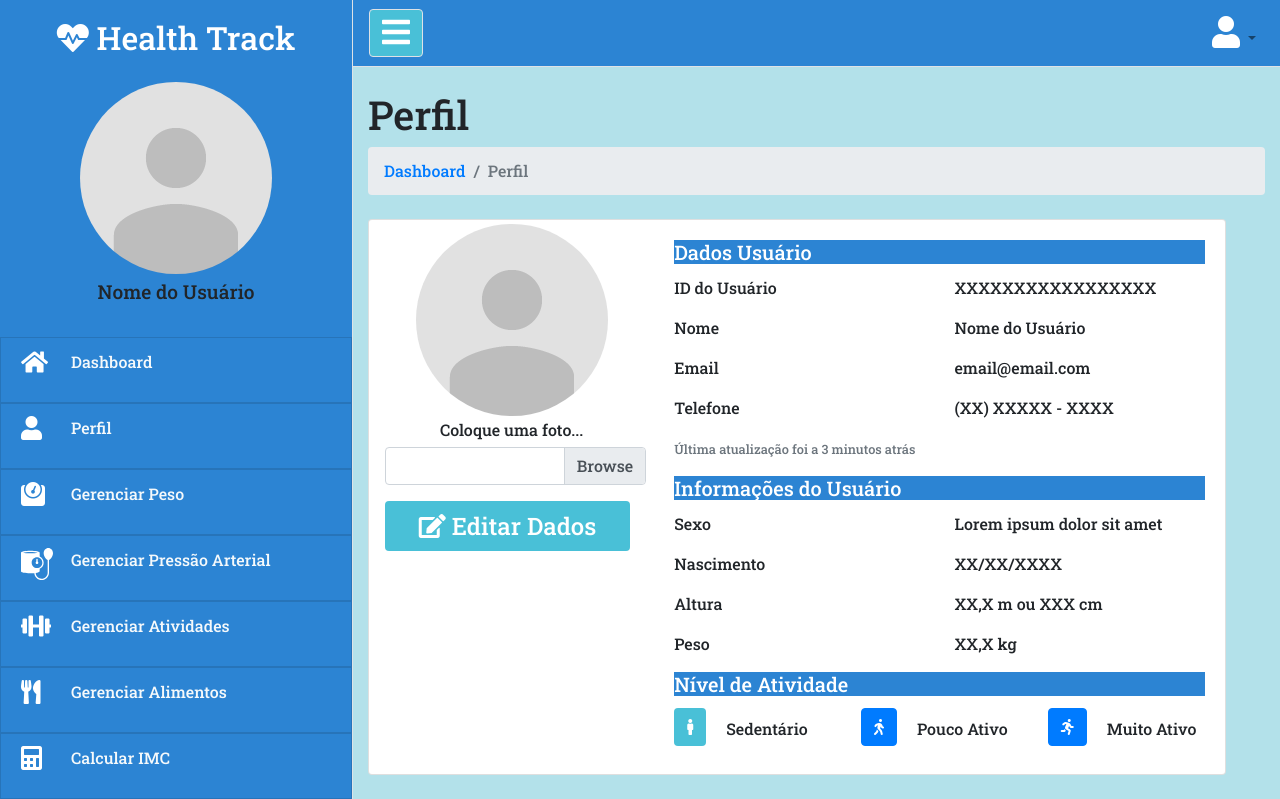
Repository: Kendysan88/projetoHealthTrack
Page: http://localhost/HealthTrack/user.jsp
These files come from the project's save history. The page is drawn as it stood at one moment and after the next save; the edit follows.
The browser window is 1280 px wide. The pictures show the whole page.
Some web libraries are served in a nearby version. The page is served by Tomcat 9.

Above is the page before, as saved 2020-11-02 14:56:21.
Console error: TypeError: Cannot read properties of null (reading 'length')

After the next save:
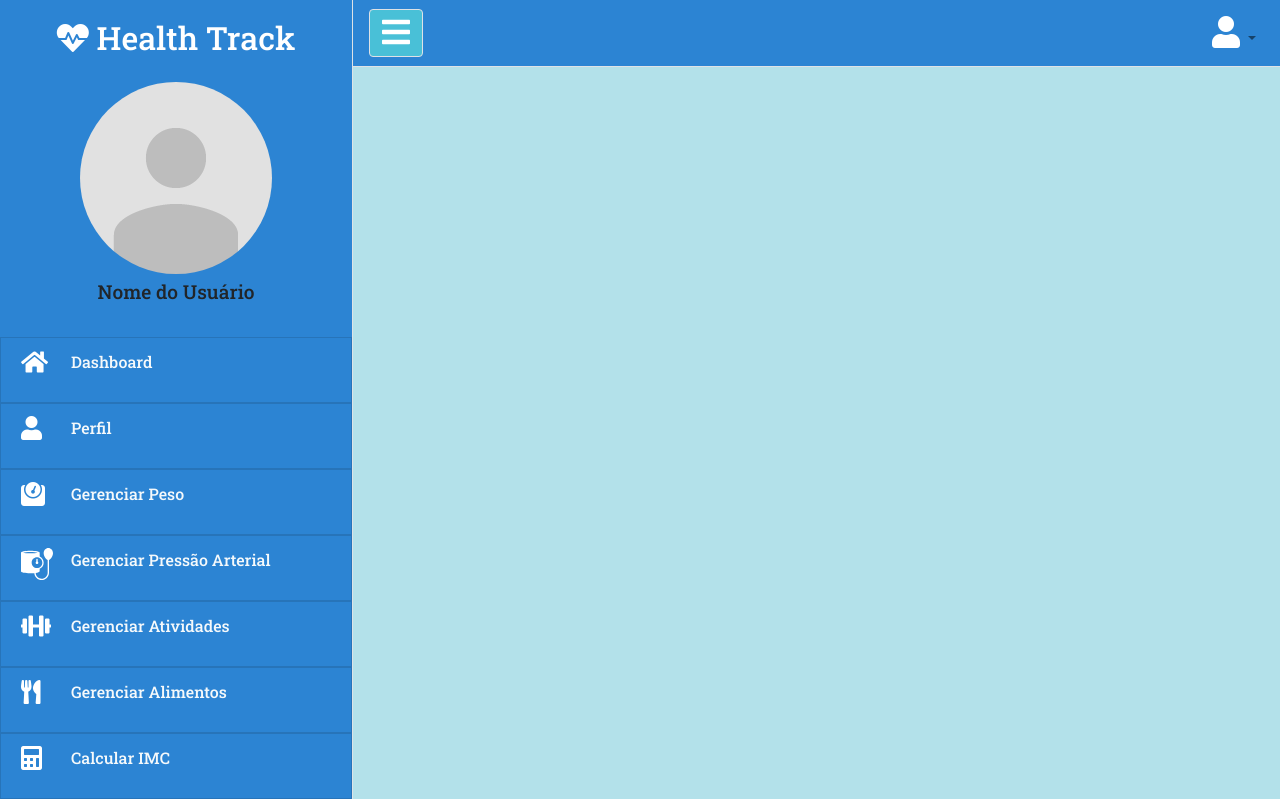
Saved 36 s later.
--- a/Integration/HealthTrack/WebContent/user.jsp
+++ b/Integration/HealthTrack/WebContent/user.jsp
@@ -22,136 +22,7 @@
 			<!-- Fim Menu para Deslogar -->
 
 			<!-- Conteúdo Principal -->
-			<div class="container-fluid">
-				<h1 class="mt-4">Perfil</h1>
-				<ol class="breadcrumb mb-4">
-					<li class="breadcrumb-item"><a href="home.html">Dashboard</a></li>
-					<li class="breadcrumb-item active">Perfil</li>
-				</ol>
-				<div class="container">
-					<div class="row justify-content-left">
-						<div class="card mb-4" style="max-width: 1024px;">
-							<div class="row no-gutters">
-								<div class="col-md-4">
-										<div class="text-center">
-											<img src="img/avatar.png" class="img-fluid p-1 rounded-circle" alt="Foto do Usuário">
-											<h6>Coloque uma foto...</h6>
-											<div class="custom-file ml-3 overlay">
-												<input type="file" class="custom-file-input" id="customFile" name="filename">
-												<label class="custom-file-label mr-4 text-left" for="customFile"></label>
-											</div>
-										</div>
-									<div class="row m-3 text-center">
-										<button type="button"
-											class="btn mr-2 mb-2 btn-block cor-botao icones-menu-lateral"
-											data-toggle="modal" data-target="#modalPerfil">
-											<i class="fas fa-edit"></i> Editar Dados
-										</button>
-									</div>
-								</div>
-								<div class="col-md-8">
-									<div class="card-body">
-										<h5 class="card-title cor-especial cartao-titulo-perfil">Dados
-											Usuário</h5>
-										<div class="row">
-											<div class="col-md-6">
-												<label>ID do Usuário</label>
-											</div>
-											<div class="col-md-6">
-												<p>XXXXXXXXXXXXXXXXX</p>
-											</div>
-										</div>
-										<div class="row">
-											<div class="col-md-6">
-												<label>Nome</label>
-											</div>
-											<div class="col-md-6">
-												<p>Nome do Usuário</p>
-											</div>
-										</div>
-										<div class="row">
-											<div class="col-md-6">
-												<label>Email</label>
-											</div>
-											<div class="col-md-6">
-												<p>email@email.com</p>
-											</div>
-										</div>
-										<div class="row">
-											<div class="col-md-6">
-												<label>Telefone</label>
-											</div>
-											<div class="col-md-6">
-												<p>(XX) XXXXX - XXXX</p>
-											</div>
-										</div>
-										<p class="card-text">
-											<small class="text-muted">Última atualização foi a 3
-												minutos atrás</small>
-										</p>
-										<h5 class="card-title cor-especial cartao-titulo-perfil">Informações
-											do Usuário</h5>
-										<div class="row">
-											<div class="col-md-6">
-												<label>Sexo</label>
-											</div>
-											<div class="col-md-6">
-												<p>Lorem ipsum dolor sit amet</p>
-											</div>
-										</div>
-										<div class="row">
-											<div class="col-md-6">
-												<label>Nascimento</label>
-											</div>
-											<div class="col-md-6">
-												<p>XX/XX/XXXX</p>
-											</div>
-										</div>
-										<div class="row">
-											<div class="col-md-6">
-												<label>Altura</label>
-											</div>
-											<div class="col-md-6">
-												<p>XX,X m ou XXX cm</p>
-											</div>
-										</div>
-										<div class="row">
-											<div class="col-md-6">
-												<label>Peso</label>
-											</div>
-											<div class="col-md-6">
-												<p>XX,X kg</p>
-											</div>
-										</div>
-										<h5 class="card-title cor-especial cartao-titulo-perfil">Nível
-											de Atividade</h5>
-										<div class="row justify-content-center">
-											<div class="col-md-4">
-												<button type="button" class="btn mr-3 mb-2 cor-botao">
-													<i class="fas fa-male"></i>
-												</button>
-												<span>Sedentário</span>
-											</div>
-											<div class="col-md-4">
-												<button type="button" class="btn mr-3 mb-2 btn-primary">
-													<i class="fas fa-walking"></i>
-												</button>
-												<span>Pouco Ativo</span>
-											</div>
-											<div class="col-md-4">
-												<button type="button" class="btn mr-3 mb-2 btn-primary">
-													<i class="fas fa-running"></i>
-												</button>
-												<span>Muito Ativo</span>
-											</div>
-										</div>
-									</div>
-								</div>
-							</div>
-						</div>
-					</div>
-				</div>
-			</div>
+
 
 			<!-- Fim Conteúdo Principal -->
 
